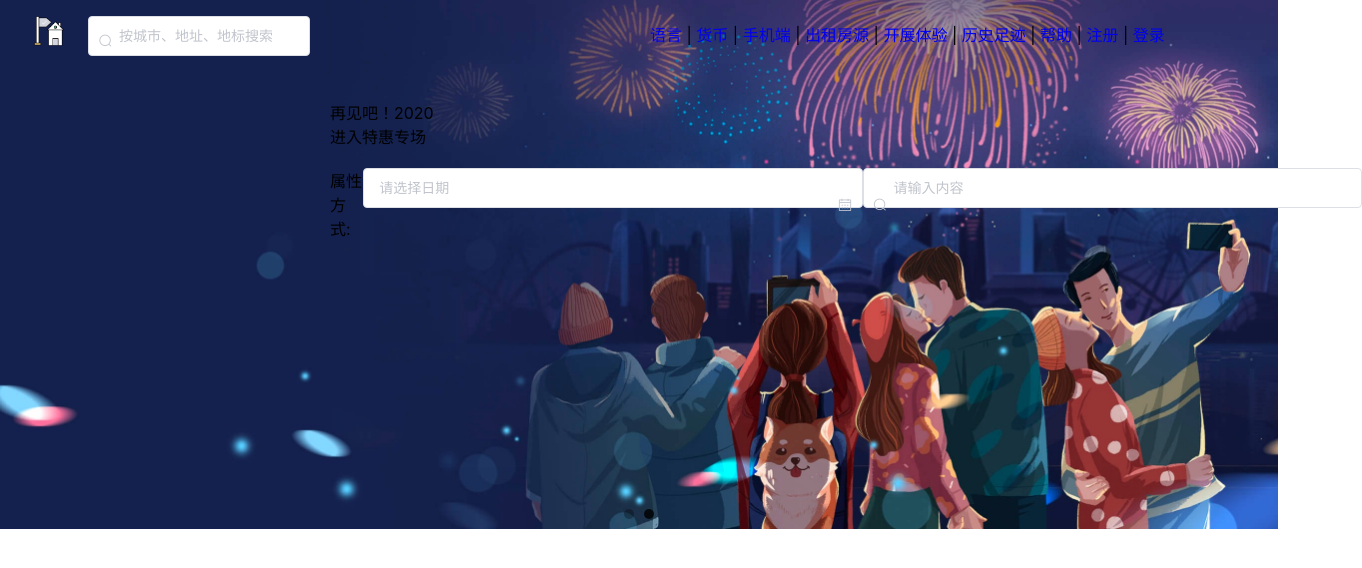
Repository: yz1181214391/my-airbnb
Page: /
The author's editor kept a copy of each file at every save. The page is drawn from the files as they stood at one save, then again after the next save.
The browser window is 1280 px wide. The page is 1362 px wide, so the pictures cover 1362 px, including what lies to the right of the window. The pictures show the whole page.
The project was rebuilt for these pictures with package versions that can differ from the ones it lists, and the page was loaded fresh each time. Also part of the build but not shown: src/views/Language.vue, src/views/Currency.vue, src/views/Enter.vue, src/views/Experience.vue, src/views/Help.vue, src/views/History.vue, src/views/Mobile.vue, src/views/Register.vue and 1 more.

Above is the page before, as saved 2020-12-09 16:43:35.

### src/App.vue
<template>
  <div id="app">
    <div class="app-header">
      <Header/>
      <Banner class="banner"/>
    </div>

  </div>

</template>

<script>
import Banner from './components/Banner'
import Header from './components/Header'

export default {
   name: 'app',
  components:{
    Banner,
    Header
  }
}
</script>


<style lang="less">
// #app {
//   font-family: Avenir, Helvetica, Arial, sans-serif;
//   -webkit-font-smoothing: antialiased;
//   -moz-osx-font-smoothing: grayscale;
//   text-align: center;
//   color: #2c3e50;
// }

  html,body {margin: 0;padding: 0;height: 100%;width: 100%;}
  a {text-decoration: none;}
  body,div,dl,dt,dd,ul,ol,li,h1,h2,h3,h4,h5,h6,pre,form,fieldset,input,textarea,p,blockquote,th,td {margin: 0;padding: 0;}
  table {border-collapse: collapse;border-spacing: 0;}
  fieldset,img {border: 0;}
  address,caption,cite,code,dfn,em,strong,th,var {font-style: normal;font-weight: normal;}
  ol,ul {list-style: none;}
  caption,th {text-align: left;}
  h1,h2,h3,h4,h5,h6 {font-size: 100%;font-weight: normal;}
  q:before,q:after {content: '';}
  abbr,acronym {border: 0;}
  body{
      font-family: "Chinese Quote", -apple-system, BlinkMacSystemFont, "Segoe UI", "PingFang SC", "Hiragino Sans GB", "Microsoft YaHei", "Helvetica Neue", Helvetica, Arial, sans-serif, "Apple Color Emoji", "Segoe UI Emoji", "Segoe UI Symbol";
  }

  .banner{
    position: absolute;
    left: 0;
    top: 0;
    z-index: -1;
  }
</style>

### src/router/index.js
import Vue from 'vue'
import VueRouter from 'vue-router'

import Language from '../views/Language.vue'
import Currency from '../views/Currency.vue'
import Enter from '../views/Enter.vue'
import Experience from '../views/Experience.vue'
import Help from '../views/Help.vue'
import History from '../views/History.vue'
import Mobile from '../views/Mobile.vue'
import Register from '../views/Register.vue'
import Room from '../views/Room.vue'



Vue.use(VueRouter)

const routes = [
  // {
  //   path: '/',
  //   name: 'Language',
  //   component: Language
  // },
  // {
  //   path: '/Currency',
  //   name: 'Currency',
  //   // route level code-splitting
  //   // this generates a separate chunk (about.[hash].js) for this route
  //   // which is lazy-loaded when the route is visited.
  //   component: () => import(/* webpackChunkName: "about" */ '../views/Currency.vue')
  // }
  { path : '/Language', component : Language},
  { path : '/Currency', component : Currency},
  { path : '/Enter', component : Enter},
  { path : '/Experience', component : Experience},
  { path : '/Help', component : Help},
  { path : '/History', component : History},
  { path : '/Mobile', component : Mobile},
  { path : '/Register', component : Register},
  { path : '/Room', component : Room},
]

const router = new VueRouter({
  mode: 'history',
  base: process.env.BASE_URL,
  routes
})

export default router

### src/components/Banner.vue
<template>
  <div class="banner-box">
      <div class="banner">
          <img v-for="(v,i) in img " :key="i" :src="v" v-show="i==n" alt="">
          <div class="banner-circle">
              <ul>
                 <li v-for="(v,i) in img" :key="i" :class="i==n ? 'selected' : ''"></li>
              </ul>
          </div>
      </div>
  </div>
</template>

<script>
export default {
  data (){
      return{
          n:0,
          img:[
              require("../assets/img/banner1.jpg"),
              require("../assets/img/banner2.jpeg")
          ]
      }
  },
  methods : {
      fun:function(){
          setInterval(this.play,5000)
      },
      play:function(){
          this.n++;
          if(this.n == this.img.length){
              this.n = 0
          }
      }
  },
  mounted:function(){
          this.fun()
      }
}
</script>
<style>
    .banner-box{
      width: 100%;
      height: 529px;
    }
    ul{
        list-style-type: none;
    }
    .banner{
        position: relative;
    }
    .banner .banner-circle{
        position: absolute;
        bottom: 5px;
        left: 0;
        right: 0;
        color: #ffffff;
    }
    .banner .banner-circle li{
        display: inline-block;
        background: rgba(0,0,0,0.3);
        border-radius: 50%;
        padding: 5px;
        margin: 5px;
    }
    .banner .banner-circle ul{
        text-align: center;
    }
    .banner .banner-circle .selected{
        background: rgba(0,0,0,0.8);
    }
    .banner img{
        width: 100%;
        height: 529px;
        margin: 0;
        padding: 0;
    }
</style>

### src/components/Header.vue
<template>
    <div class="airbnb-box">
      <el-row :gutter="20">
        <el-col :span="6">
          <div class="grid-content bg-purple" style="display:flex">
            <a href="###"><img class="logo" src="../assets/img/012-zhandian.png" alt=""></a>
            <el-input v-model="input" style="width: 460px;height: 48px;" prefix-icon='el-icon-search' placeholder="按城市、地址、地标搜索"></el-input>
          </div>
        </el-col>
        <el-col :span="12" :offset="6">
          <div class="grid-content bg-purple">
            <router-link to="/Language">语言</router-link> |
            <router-link to="/Currency">货币</router-link> |
            <router-link to="/Mobile">手机端</router-link> |
            <router-link to="/Room">出租房源</router-link> |
            <router-link to="/Experience">开展体验</router-link> |
            <router-link to="/History">历史足迹</router-link> |
            <router-link to="/Help">帮助</router-link> |
            <router-link to="/Register">注册</router-link> |
            <router-link to="/Enter">登录</router-link>
          </div>
        </el-col>
      </el-row>
      <el-row :gutter="20">
        <el-col :span="6" :offset="6">
          <div class="grid-content bg-purple">
            <h1>再见吧！2020</h1>
            <div>进入特惠专场</div>
          </div>
        </el-col>
        <el-col :span="6" :offset="6"><div class="grid-content bg-purple"></div></el-col>
      </el-row>
      <el-row :gutter="20">
        <el-col :span="12" :offset="6" >
          <div class="grid-content bg-purple">
            <div class="demo-input-suffix" style="display:flex;width:1032px;height:72px;">
              属性方式:
              <el-input
                placeholder="请选择日期"
                suffix-icon="el-icon-date"
                v-model="input2">
              </el-input>
              <el-input
                placeholder="请输入内容"
                prefix-icon="el-icon-search"
                v-model="input21">
              </el-input>
            </div>
          </div>
        </el-col>
      </el-row>
    </div>
</template>

<script>
// import Banner from './components/Banner'
export default {
    data(){
      return {
        input:'',
        input2:'',
        input21:'',
      }
    }
  // components:{
  //   Banner
  // }
}
</script>


<style lang="less">

.airbnb-box{
    width: 100%;
    height: 529px;
    // background-color: #cccccc;
  }

.el-row {
    margin-bottom: 20px;
    margin-left: 0 !important;
    margin-right: 0 !important;
    display: flex;
    &:first-child{

      align-items: center;
      width: 100%;
      height: 80px;
      // background-color: #99a9bf;
    }
    &:last-child {
      margin-bottom: 0;
    }
  }
  .el-col {
    border-radius: 4px;
  }
  .bg-purple-dark {
    background: #99a9bf;
  }
  .bg-purple {
    // background: #d3dce6;
  }
  .bg-purple-light {
    background: #e5e9f2;
  }
  .grid-content {
    border-radius: 4px;
    min-height: 36px;
  }
  .row-bg {
    padding: 10px 0;
    background-color: #f9fafc;
  }


.logo{
  width: 30px;
  height: 30px;
  margin: 0 24px;
}
</style>

Loaded but not shown: public/index.html (common file); src/main.js (common file); src/store/index.js (common file)

After the next save:
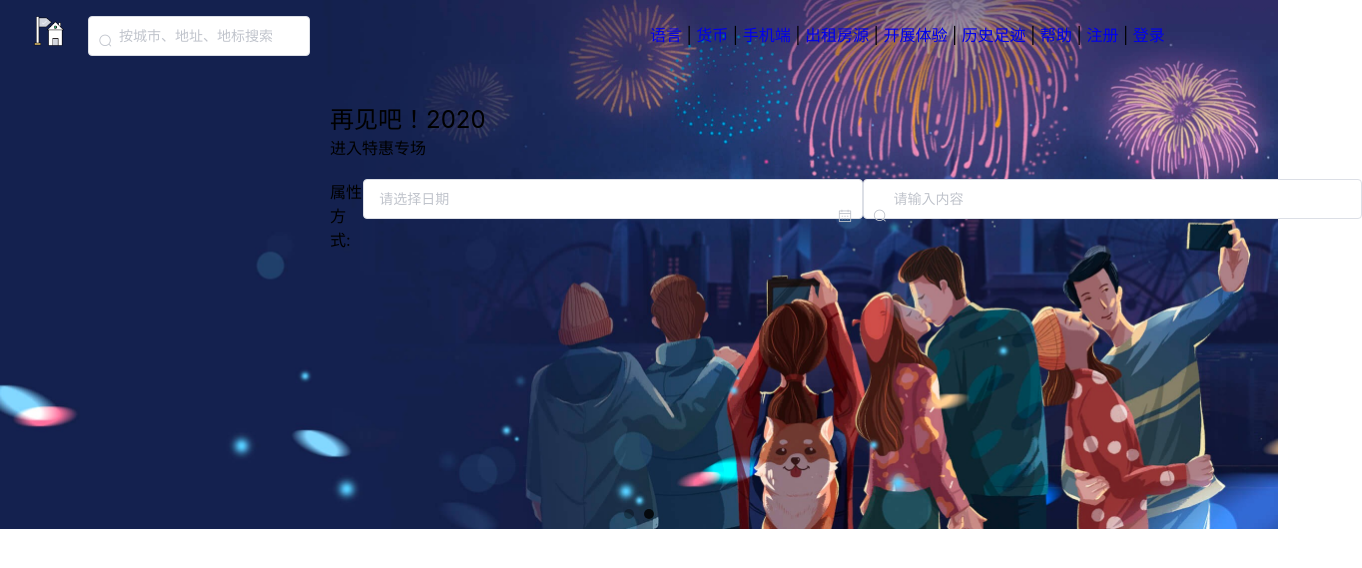
Saved 85 s later.
--- a/src/components/Header.vue
+++ b/src/components/Header.vue
@@ -24,7 +24,7 @@
       <el-row :gutter="20">
         <el-col :span="6" :offset="6">
           <div class="grid-content bg-purple">
-            <h1>再见吧！2020</h1>
+            <h1 style="font-size:24px">再见吧！2020</h1>
             <div>进入特惠专场</div>
           </div>
         </el-col>
